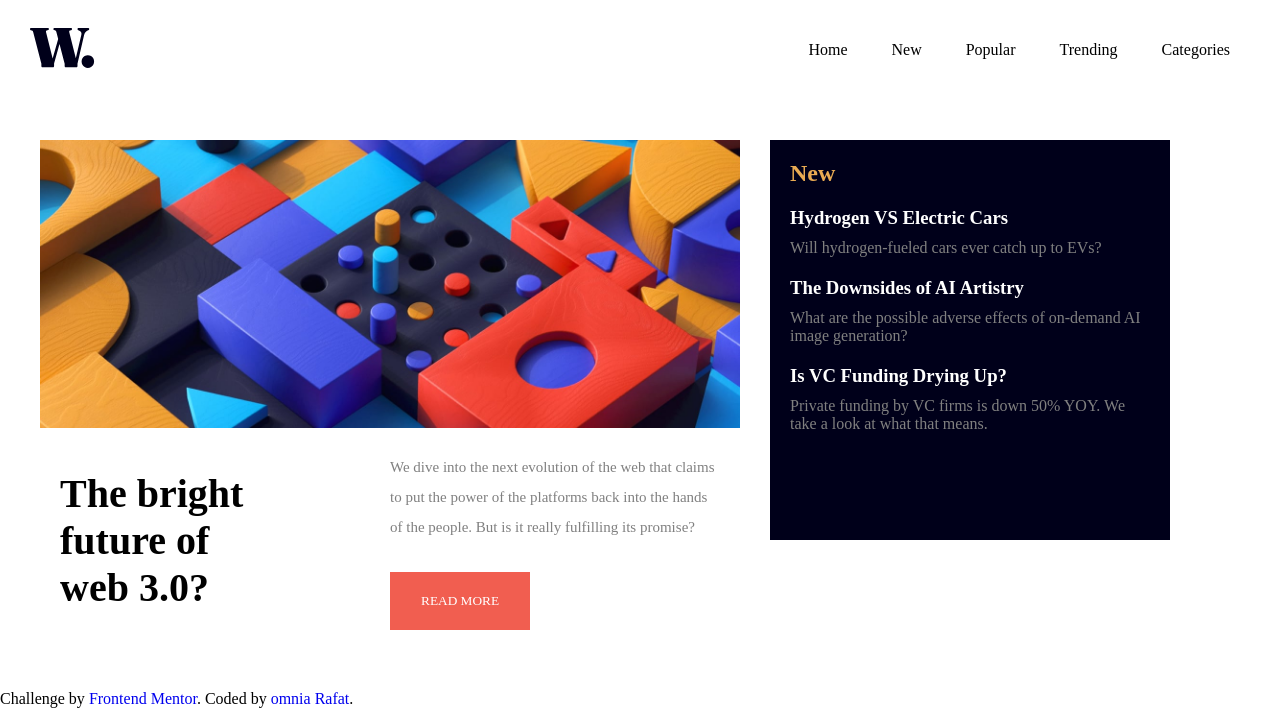
Repository: OmniaRafat232111121/HomePage
Page: index.html
These files come from the project's save history. The page is drawn as it stood at one moment and after the next save; the edit follows.
The browser window is 1280 px wide. The pictures show the whole page.

Above is the page before, as saved 2022-12-17 17:16:10.

### index.html
<!DOCTYPE html>
<html lang="en">
<head>
  <meta charset="UTF-8">
  <meta name="viewport" content="width=device-width, initial-scale=1.0"> <!-- displays site properly based on user's device -->

  <link rel="icon" type="image/png" sizes="32x32" href="./assets/images/favicon-32x32.png">

  <title>Frontend Mentor | News homepage</title>
 <link rel="stylesheet" href="style.css">
</head>
<body>
  <!--header start-->
  <header class="header">
    <div class="logo">
      <a href="index.html">
        <img src="./assets/images/logo.svg" alt="image"/>
      </a>
    </div>
    <nav>
      <ul>
        <li href="index.html"><a>Home</a></li>
        <li href="#new"><a>New</a></li>
        <li href="#popular"><a>Popular</a></li>
         <li href="#trending"><a>Trending</a></li>
         <li href="#categories"><a>Categories</a></li>

      </ul>
    </nav>

  </header>
    <!--header ends-->
    <!--home start-->
    <section class="home">
      <div class="container">
        <div class="col-play">
            <img src="./assets/images/image-web-3-desktop.jpg" alt="image"/>
            <div class="content">
              <div class="heading">
                <h1>The bright future of web 3.0?</h1>

              </div>
              <div class="reading">
               <p> We dive into the next evolution of the web that claims to put the power of the platforms back into the hands of the people.
                   But is it really fulfilling its promise?</p>
                 <button>Read More</button>
                  </div>

            </div>
        </div>
        <div class="col-content">
         <div class="new">
         <h2>New</h2>
      <h3><a href="#">Hydrogen VS Electric Cars</a></h3>
      <p>Will hydrogen-fueled cars ever catch up to EVs?</p>
      <h3><a href="#">The Downsides of AI Artistry</a></h3>
      <p>What are the possible adverse effects of on-demand AI image generation?</p>
      <h3><a href="#">Is VC Funding Drying Up?</a></h3>
      <p>Private funding by VC firms is down 50% YOY. We take a look at what that means.</p>

         </div>
        </div>
      </div>

    </section>
    <!--home end-->
  <div class="attribution">
    Challenge by <a href="https://www.frontendmentor.io?ref=challenge" target="_blank">Frontend Mentor</a>.
    Coded by <a href="#">omnia Rafat</a>.
  </div>
</body>
</html>

### style.css
@import url('https://fonts.googleapis.com/css2?family=Be+Vietnam+Pro:wght@100&family=Inter:wght@100;300;400;500;600&family=Montserrat:wght@400;700&family=Nunito:ital,wght@0,200;0,300;1,200&family=Open+Sans:ital,wght@0,300;0,600;0,700;1,300&family=Poppins:ital,wght@0,200;0,300;0,600;0,800;0,900;1,100;1,200;1,300;1,500&family=Work+Sans:ital,wght@0,100;0,200;0,400;0,500;1,200;1,300&display=swap');
*{
    margin:0;
    padding:0;
    box-sizing: border-box;
    font-family: In;
}
ul {
    list-style: none;
}
a{
    text-decoration: none;
}
.header{
    width: 100%;
    height:100px;
    display:flex;
    align-items: center;
    justify-content: space-between;
    padding:30px;
}
.header nav ul li{
    display: inline-block;
    padding:20px;
}
/*home*/
.home{
    padding:40px;
}
.container{
   display: grid;
    grid-template-columns: 700px 60px;
    gap: 30px;


}
.col-play{
    flex-basis: 80%;
}
.col-play img{
    max-width: 100%;
    width:100%;
}
.content{
    display:flex;
    align-items: center;
    justify-content: space-between;
    padding:20px;
}
.heading{
    flex-basis: 50%;
}
.heading h1{
    width:60%;
    font-size: 40px;
    font-weight: bold;
}
.reading{
    flex-basis: 50%;
}
.reading button{
    color:white;
    margin-top: 30px;
    background-color:hsl(5, 85%, 63%);
    border:1px solid transparent;
    padding:20px 30px ;
    text-transform: uppercase;
    display:block;
}
.reading button:hover{
color:hsl(5, 85%, 63%);
background-color: #000;
}
.reading p{
    color:hsl(0, 0%, 50%);
    line-height:2;
    font-size: 15px;
}
.col-content{
    flex-basis: 20%;
}
.new{
    width:400px;
    height:400px;
    background-color: hsl(240, 100%, 5%);
    color:#fff;
    padding:20px;
}

.new h2{
    color:hsl(35, 77%, 62%);
}
.new h3 a{
    color:#fff;
    padding-top: 20px;

}
.new h3{
    margin-top: 20px;
}
.new p{
    color:hsl(0, 0%, 50%);
    margin-top: 10px;
}

After the next save:
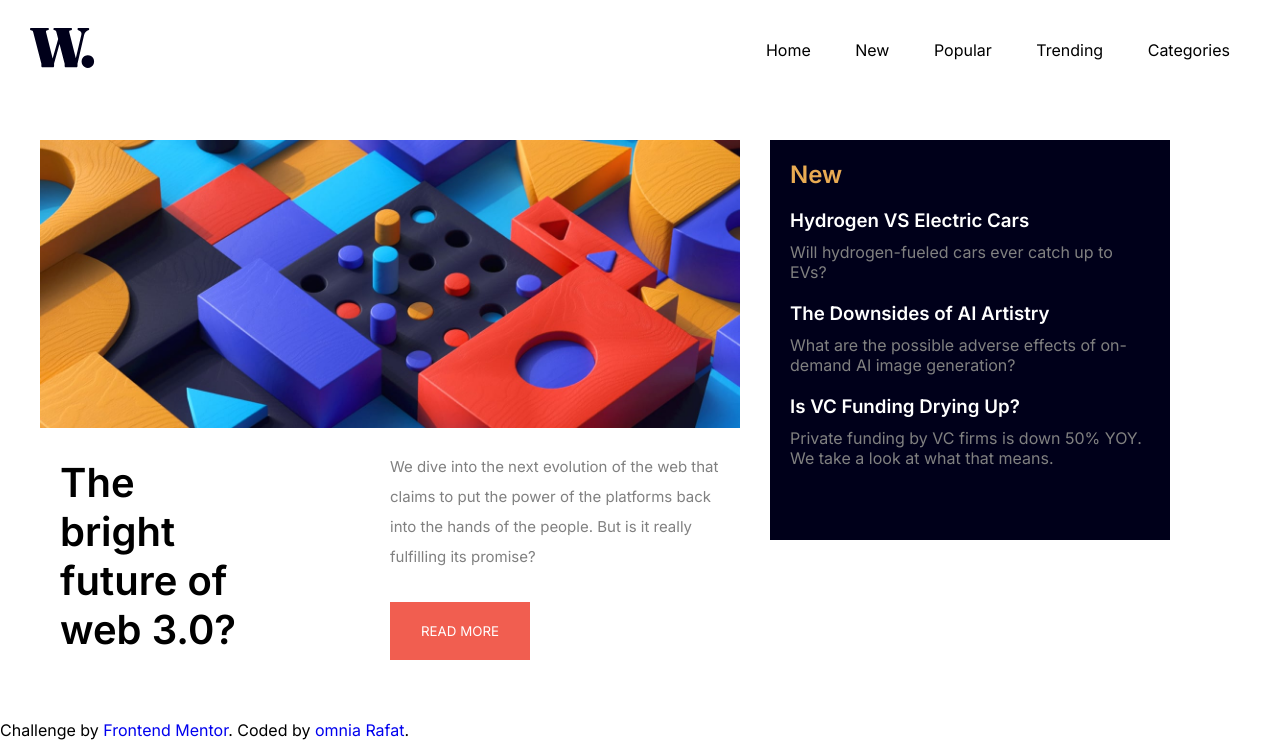
Saved 2 s later.
--- a/style.css
+++ b/style.css
@@ -3,7 +3,7 @@
     margin:0;
     padding:0;
     box-sizing: border-box;
-    font-family: In;
+    font-family: Inter;
 }
 ul {
     list-style: none;
